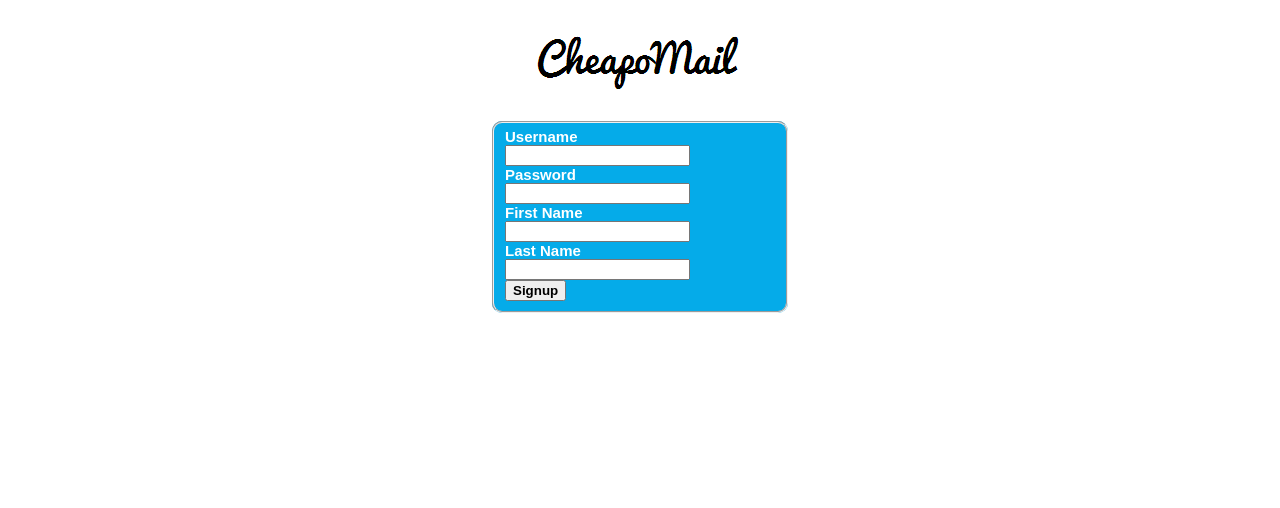
Repository: BobbyV/cheapomail
Page: adduser.html
The author's editor kept a record of every edit. The page is drawn from the files as they stood at one moment, then again after the next edit.
The browser window is 1280 px wide. The pictures show the whole page.

Above is the page before.

After the next edit:
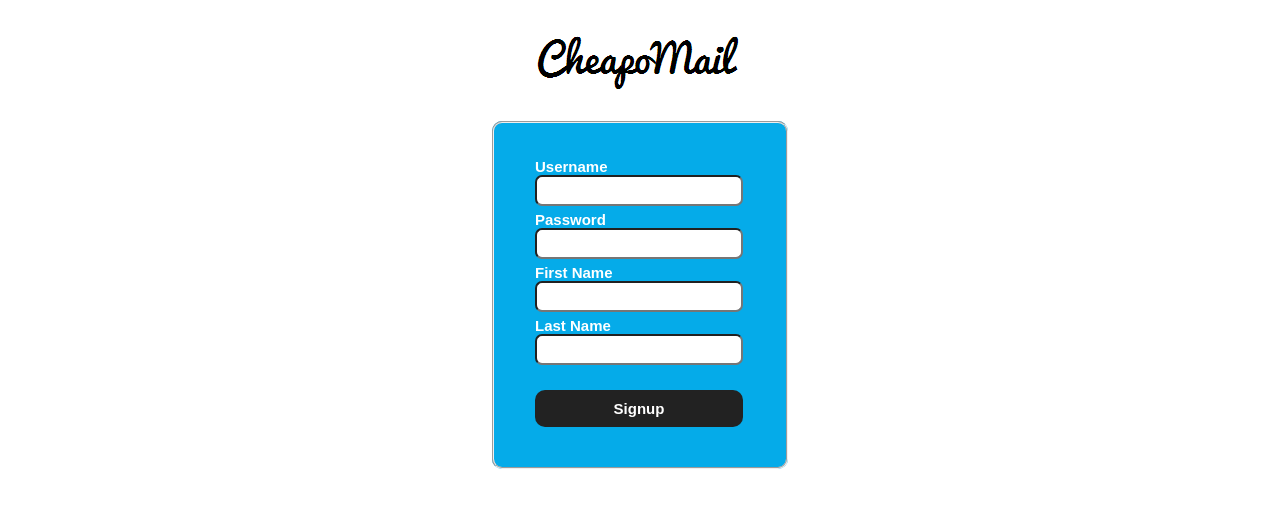
The edit:
--- a/login.css
+++ b/login.css
@@ -27,3 +27,36 @@ fieldset
     font-family: Arial, sans-serif;
     font-size: 15px;
 }
+
+.textfield
+{
+    width: 200px;
+    height: 25px;
+    margin-bottom: 5px;
+    border-radius: 7px;
+}
+
+#info {
+    padding: 30px;
+}
+
+#password {
+    /*margin-top: 20px;*/
+}
+
+#login {
+    width: 208px;
+    background-color: #222222;
+    color: #FFFFFF;
+    border-radius: 10px;
+    padding: 10px 0;
+    margin-top: 20px;
+    font-size: 15px;
+    outline: none;
+    cursor: pointer;
+    border: none;
+}
+
+#login:hover {
+    background-color: #969494;
+}
